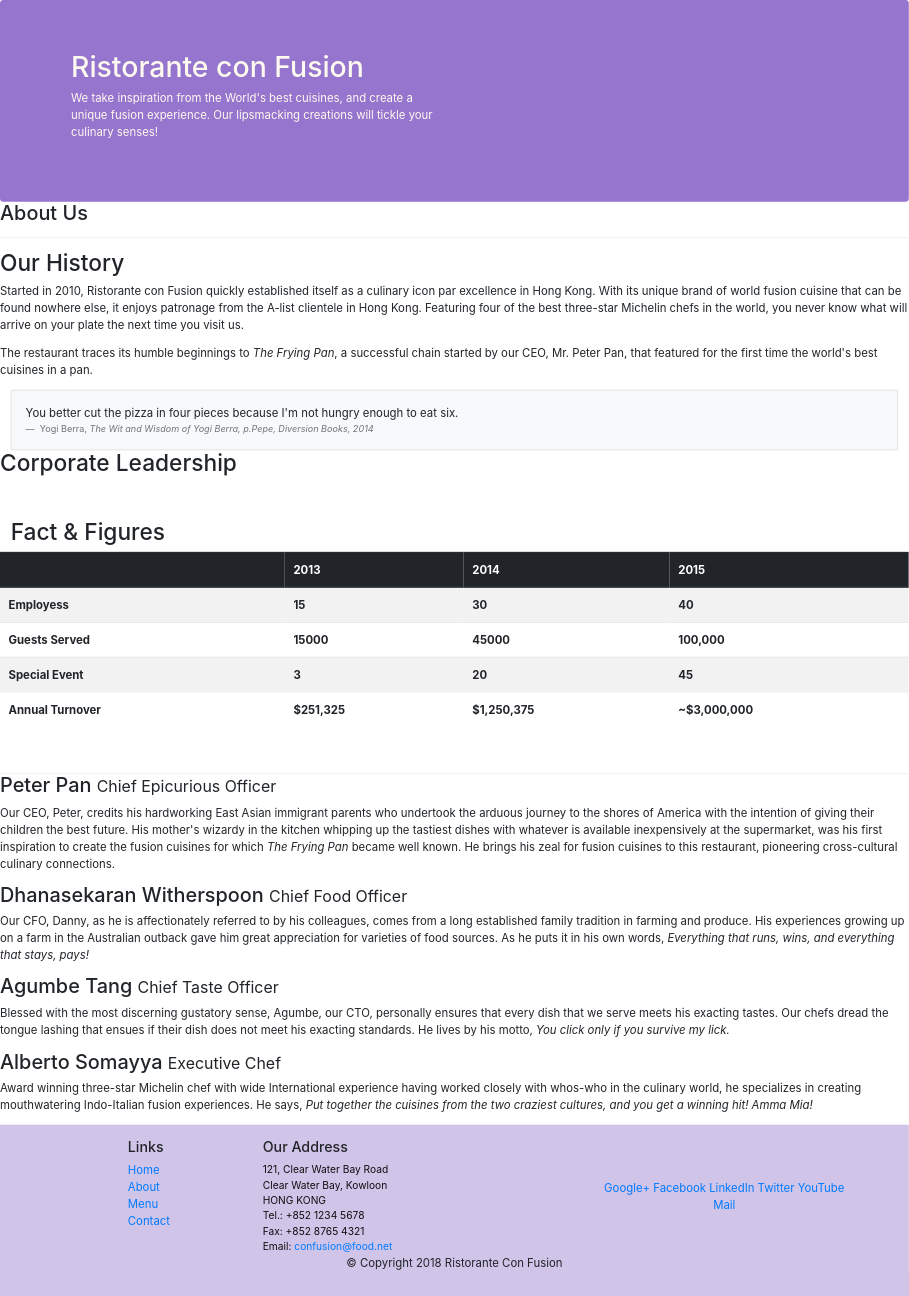
Repository: HwZau/conFusion
Page: aboutus.html
An editor plug-in stored every save of this project. The page is shown before and after a run of saves, followed by the edit.
The browser window is 1280 px wide. The pictures show the whole page, at 71% of full size.

Above is the page before, as saved 2022-05-19 11:04:32.

After the next 2 saves:
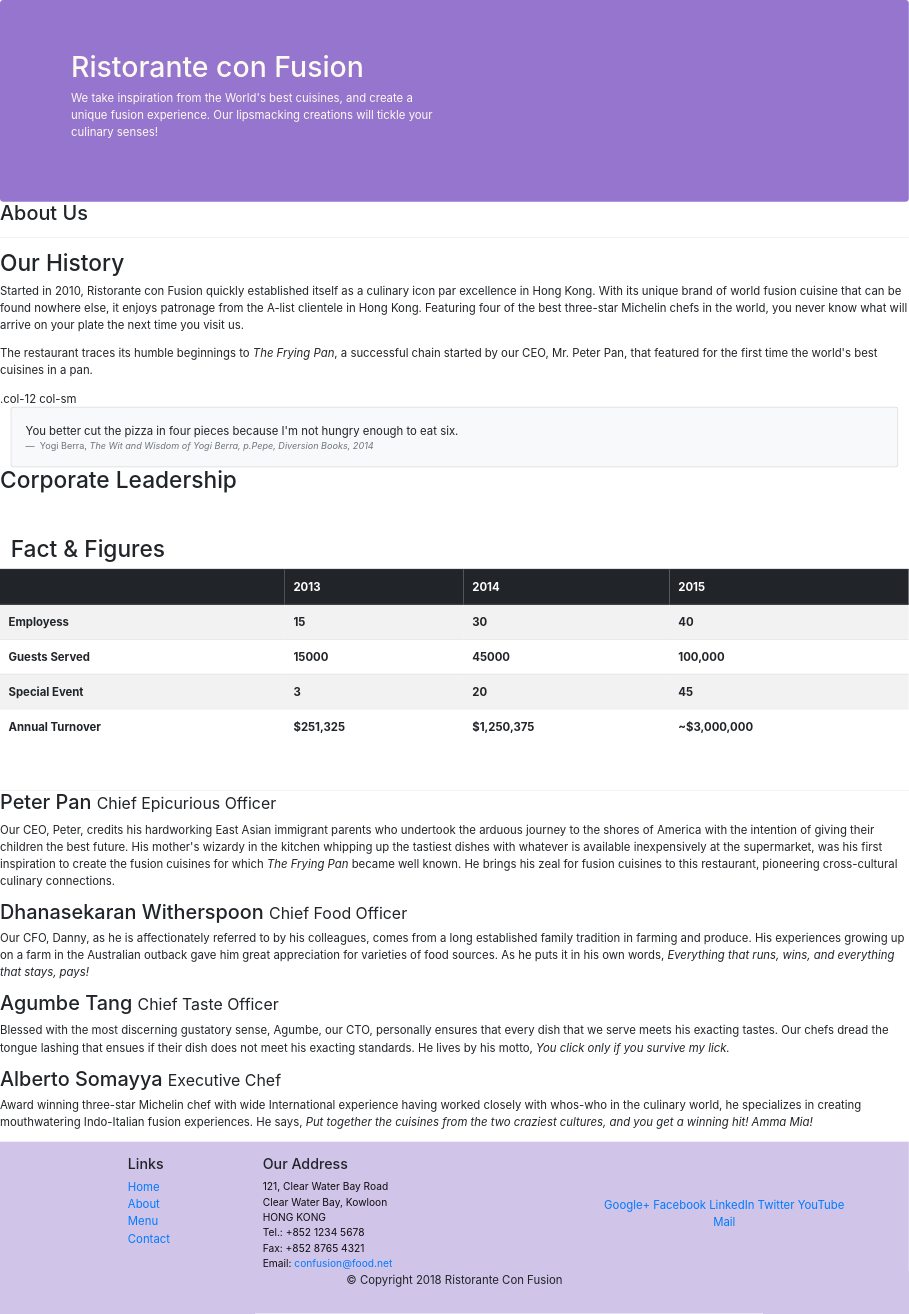
The 2 saves are shown as one change because they came seconds apart.
The last was saved 12 s later.
--- a/aboutus.html
+++ b/aboutus.html
@@ -58,7 +58,7 @@
           cuisines in a pan.
         </p>
       </div>
-
+      .col-12 col-sm
       <div class="col-12">
         <div class="card card-body bg-light">
           <p class="mb-0">You better cut  the pizza in four pieces because I'm not hungry enough to eat six.</p>
